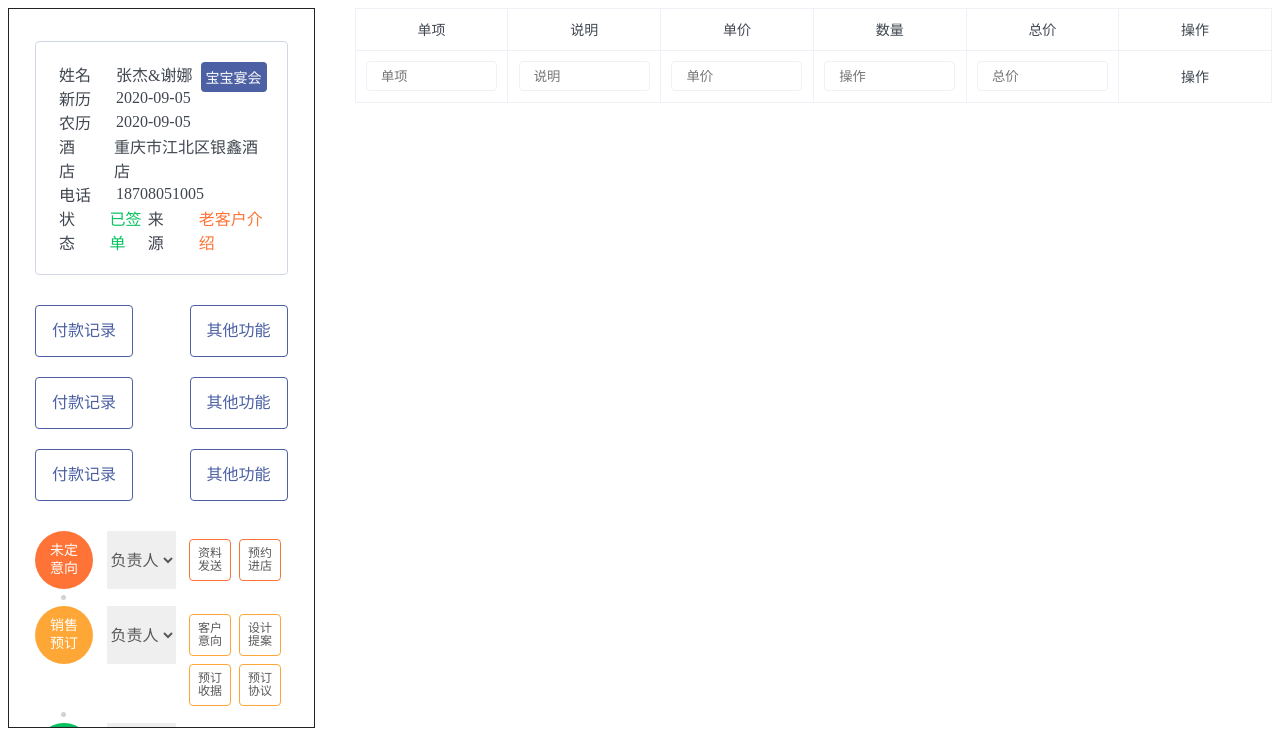
Repository: Lairuola/wedding-1
Page: index.html
The author's editor kept a copy of each file at every save. The page is drawn from the files as they stood at one save, then again after the next save.
The browser window is 1280 px wide. The pictures show the whole page.

Above is the page before, as saved 2020-12-24 16:00:21.

After the next save:
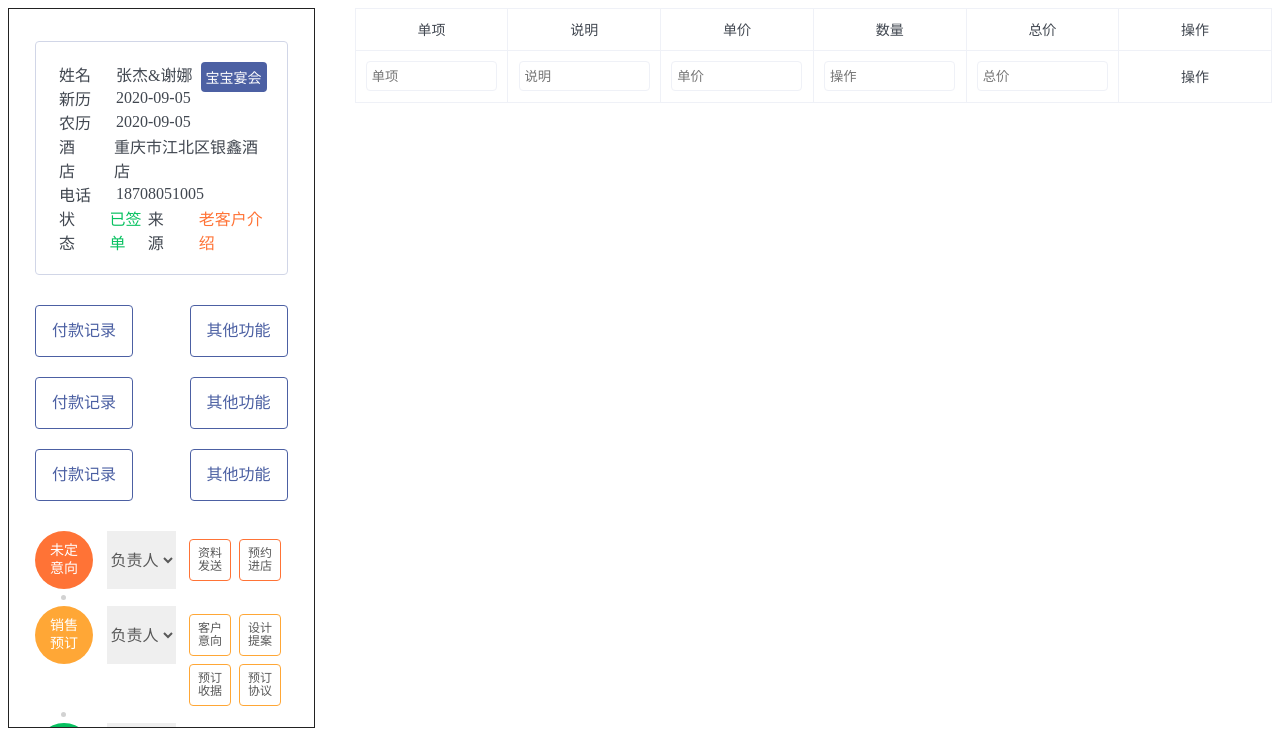
Saved 65 s later.
--- a/index.html
+++ b/index.html
@@ -2,7 +2,7 @@
  * @Author       : 濑若拉
  * @Date         : 2020-12-17 10:22:14
  * @LastEditors  : 濑若拉
- * @LastEditTime : 2020-12-24 16:00:17
+ * @LastEditTime : 2020-12-24 16:01:26
  * @FilePath     : /slidebar/index.html
 -->
 
@@ -317,7 +317,7 @@
       border: 1px solid #eff1f7;
       width: 100%;
       height: 28px;
-      padding: 0 14px;
+      padding: 0 .30rem;
       border-radius: 4px;
     }
   </style>
